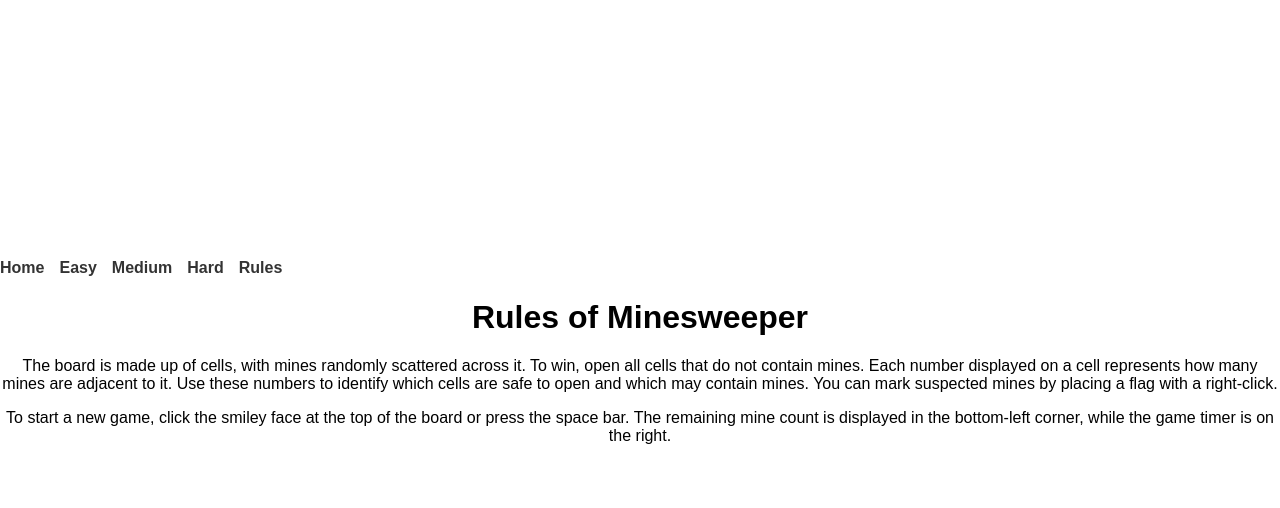
Repository: liwingy/-WingYee-_-Li-project2
Page: /rules (app in minesweeper/)
These files come from the project's save history. The page is drawn as it stood at one moment and after a run of saves; the edit follows.
The browser window is 1280 px wide. The pictures show the whole page.
The project was rebuilt for these pictures with package versions that can differ from the ones it lists, and the page was loaded fresh each time. Also part of the build but not shown: minesweeper/src/views/Homepage.js, minesweeper/src/components/Cell.js, minesweeper/src/views/Game.js.

Above is the page before, as saved 2024-11-11 13:34:19.

### minesweeper/src/App.js
import './styles.css';
import { BrowserRouter as Router, Routes, Route, Link } from 'react-router-dom';
import Homepage from './views/Homepage';
import Game from './views/Game';
import Rules from './views/Rules';

function App() {
  return (
    <Router>
      <nav>
        <Link to="/">Home</Link>
        <Link to="/game/easy">Easy</Link>
        <Link to="/game/medium">Medium</Link>
        <Link to="/game/hard">Hard</Link>
        <Link to="/rules">Rules</Link>
      </nav>
      <Routes>
        <Route path="/" element={<Homepage />} />
        <Route path="/game/:difficulty" element={<Game />} />
        <Route path="/rules" element={<Rules />} />
      </Routes>
    </Router>
  );
}

export default App;

### minesweeper/src/styles.css
/* Center the entire app content */
body, html {
  display: flex;
  justify-content: center;
  align-items: center;
  height: 100vh;
  margin: 0;
  font-family: Arial, sans-serif;
  text-align: center;
}

/* Center the navbar and content within the main container */
.main-container {
  display: flex;
  flex-direction: column;
  align-items: center;
  width: 100%;
  max-width: 600px;
}

/* Style for the navbar links */
nav {
  display: flex;
  gap: 15px;
  margin-bottom: 20px;
}

nav a {
  text-decoration: none;
  color: #333;
  font-weight: bold;
}

nav a:hover {
  color: #555;
}

### minesweeper/src/views/Rules.js
import React from 'react';

function Rules() {
  return (
    <div>
      <h1>Rules of Minesweeper</h1>
      <p>The board is made up of cells, with mines randomly scattered across it. To win, open all cells that do not contain mines. Each number displayed on a cell represents how many mines are adjacent to it. Use these numbers to identify which cells are safe to open and which may contain mines. You can mark suspected mines by placing a flag with a right-click.</p>
      <p>To start a new game, click the smiley face at the top of the board or press the space bar. The remaining mine count is displayed in the bottom-left corner, while the game timer is on the right.</p>
    </div>
  );
}

export default Rules;

Loaded but not shown: minesweeper/public/index.html (common file); minesweeper/src/index.js (common file)

After the next 2 saves:
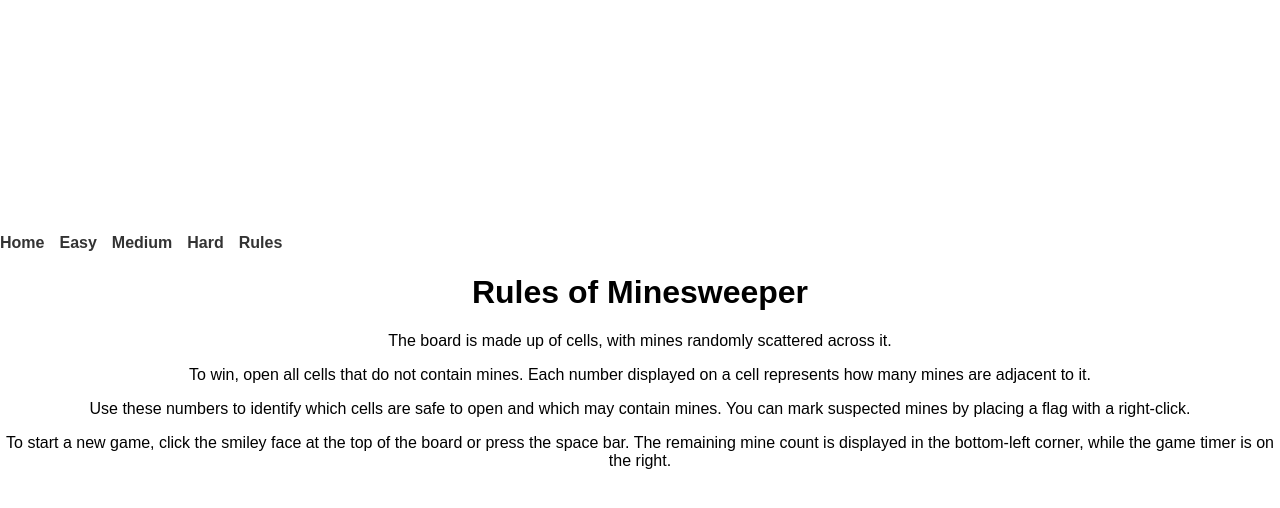
The 2 saves are shown as one change because 1 did not build or start.
The last was saved 71 s later.
--- a/minesweeper/src/views/Rules.js
+++ b/minesweeper/src/views/Rules.js
@@ -4,7 +4,9 @@ function Rules() {
   return (
     <div>
       <h1>Rules of Minesweeper</h1>
-      <p>The board is made up of cells, with mines randomly scattered across it. To win, open all cells that do not contain mines. Each number displayed on a cell represents how many mines are adjacent to it. Use these numbers to identify which cells are safe to open and which may contain mines. You can mark suspected mines by placing a flag with a right-click.</p>
+      <p>The board is made up of cells, with mines randomly scattered across it.</p>
+      <p>To win, open all cells that do not contain mines. Each number displayed on a cell represents how many mines are adjacent to it.</p>
+      <p>Use these numbers to identify which cells are safe to open and which may contain mines. You can mark suspected mines by placing a flag with a right-click.</p>
       <p>To start a new game, click the smiley face at the top of the board or press the space bar. The remaining mine count is displayed in the bottom-left corner, while the game timer is on the right.</p>
     </div>
   );
